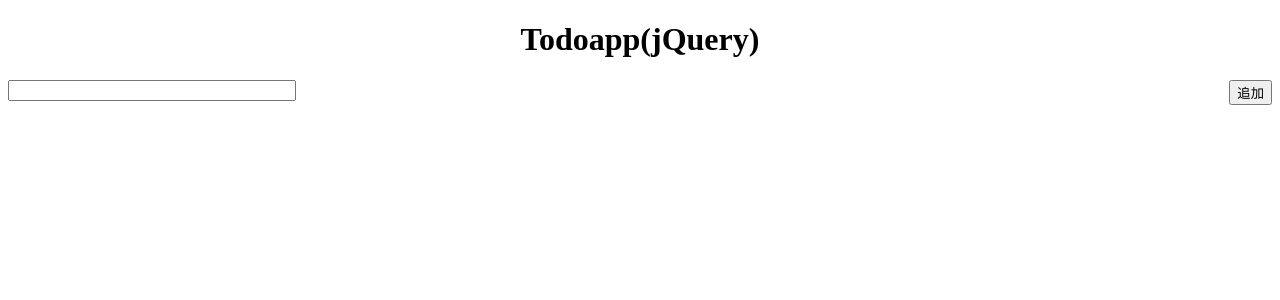
Repository: shinyahayashi1103/Todoapp-jQuery
Page: index.html
The author's editor kept a record of every edit. The page is drawn from the files as they stood at one moment, then again after the next edit.
The browser window is 1280 px wide. The pictures show the whole page.

Above is the page before.

After the next edit:
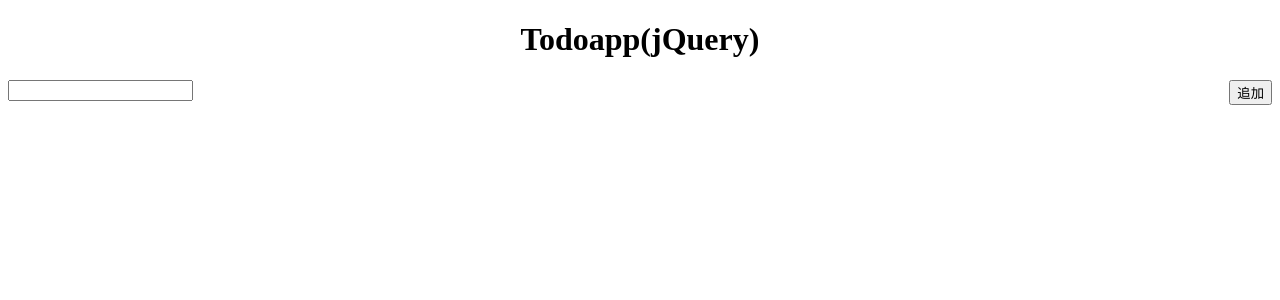
The edit:
--- a/style.css
+++ b/style.css
@@ -6,9 +6,7 @@
     margin: 0 auto;
 
 }
-#todo-input{
-    width: 280px;
-}
+
 
 #todo-container{
     padding: 0;
